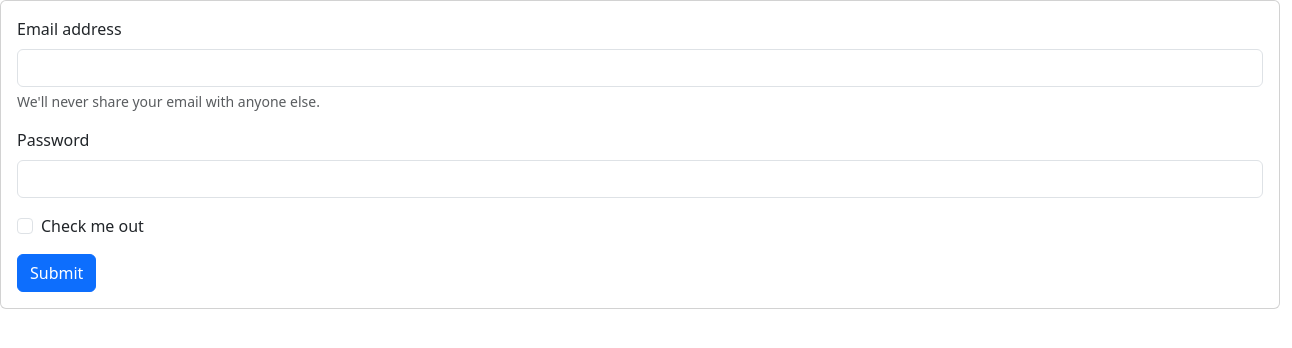
Repository: rahulgaba1987/MiniProject2
Page: http://localhost/login
The author's editor kept a copy of each file at every save. The page is drawn from the files as they stood at one save, then again after the next save.
The browser window is 1280 px wide. The page is 1280 px wide, then 1292 px, so the pictures cover 1292 px, including what lies to the right of the window. The pictures show the whole page.
The page is this project's Thymeleaf template; nobody is signed in. The template is opened directly, without the code that normally fills it, so the values that code supplies are empty.

Above is the page before, as saved 2023-04-17 17:32:06.

After the next save:
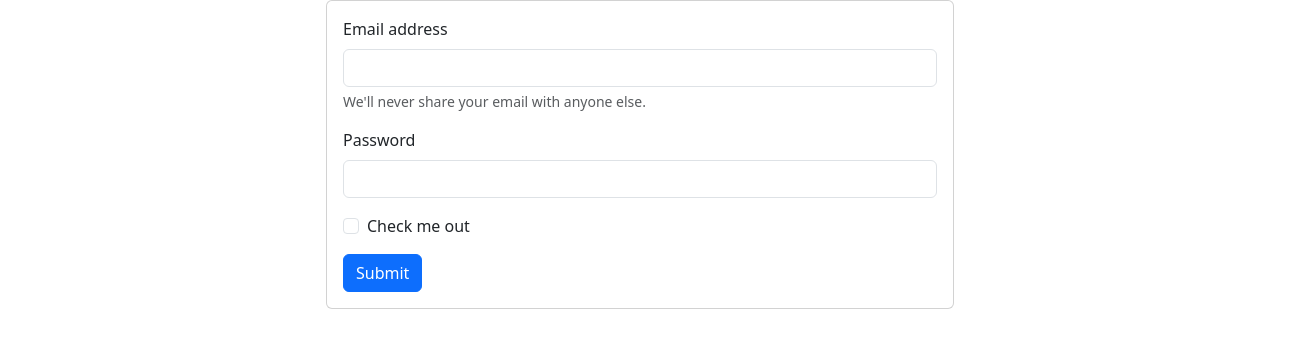
Saved 37 h 27 min later.
--- a/02_MiniProject/src/main/resources/templates/login.html
+++ b/02_MiniProject/src/main/resources/templates/login.html
@@ -11,7 +11,10 @@
 
 <body>
 
-	<div class="card">
+
+    <div class="row">
+         <div class="col-md-6 offset-3">
+             <div class="card">
 		<div class="card-body">
 
 
@@ -34,6 +37,9 @@
 		</div>
 
 	</div>
+         </div>
+    </div>
+
 
 
 	<script src="https://cdn.jsdelivr.net/npm/bootstrap@5.3.0-alpha3/dist/js/bootstrap.bundle.min.js"
